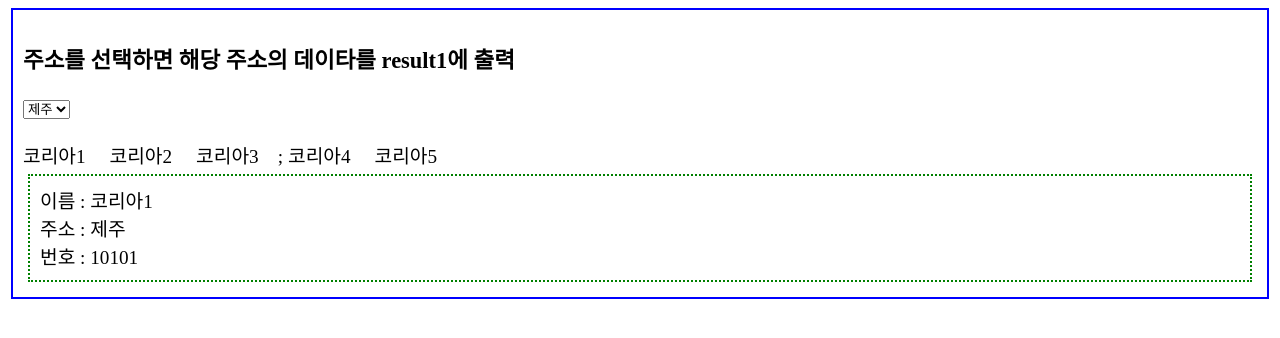
Repository: patternlobe-stack/MY_repository
Page: webpro/src/main/webapp/0916/data메소드.html
These files come from the project's save history. The page is drawn as it stood at one moment and after the next save; the edit follows.
The browser window is 1280 px wide. The pictures show the whole page.
After loading, the first visible `#addr` was changed once.

Above is the page before, as saved 2025-09-16 08:19:04.

After the next save:
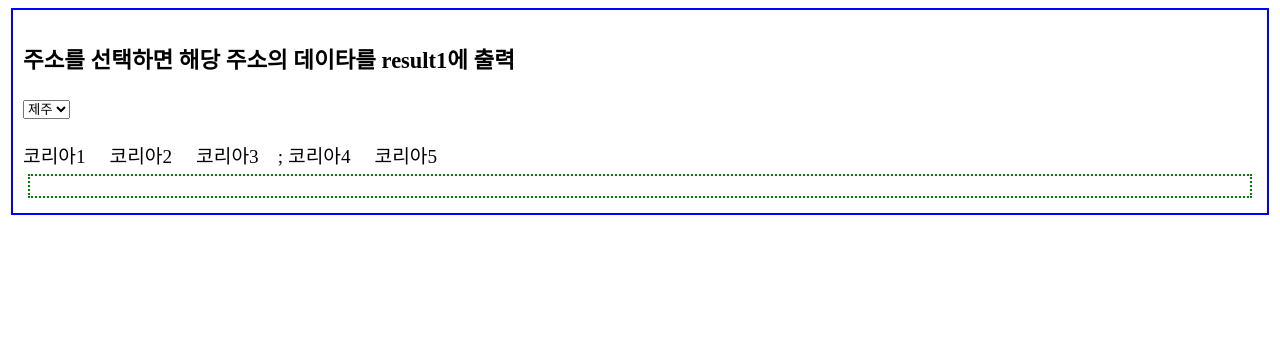
Saved 64 s later.
--- a/webpro/src/main/webapp/0916/data메소드.html
+++ b/webpro/src/main/webapp/0916/data메소드.html
@@ -21,15 +21,18 @@ $(()=>{
         let str = "";
 
         $(aa).each(function(){
-            let dataAddr = $(this).data('address');
+          dataAddr = $(this).data('address');
 
             if(addr == dataAddr){
-                let res = $(this).data();
+/*                 let res = $(this).data();
                 // res는 {name:"코리아1", address:"제주", code:"10101"} 이런 객체
 
                 str += `이름 : ${res.name} <br>`;
                 str += `주소 : ${res.address} <br>`;
-                str += `번호 : ${res.code} <br>`;
+                str += `번호 : ${res.code} <br>`; */
+
+
+
             }
         });
 
